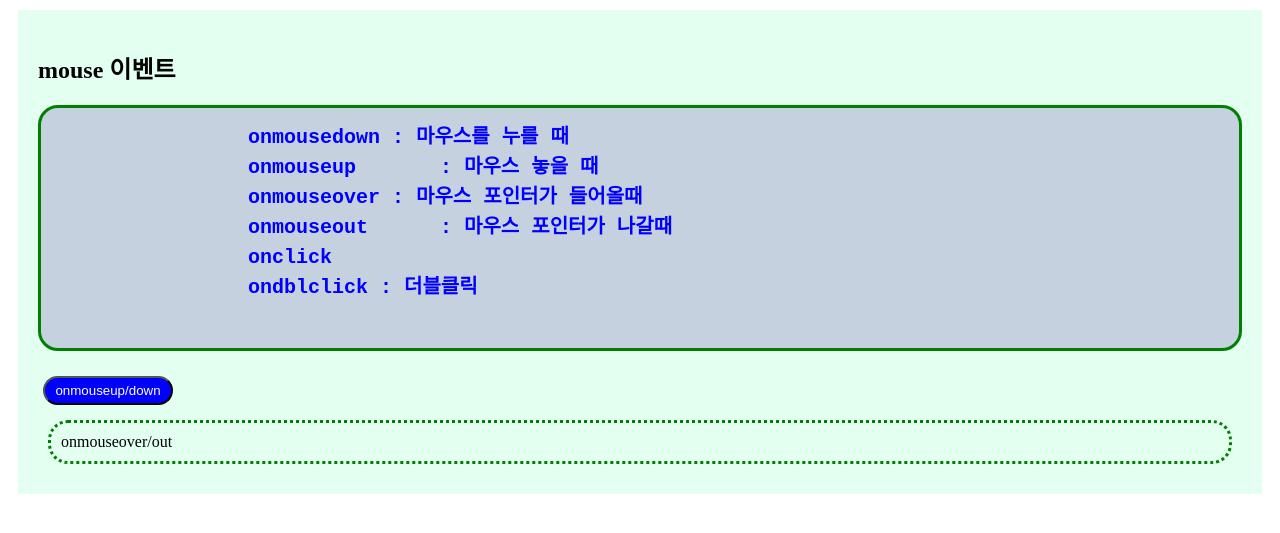
Repository: ypyp0205/jquery
Page: jqpro/WebContent/0205/event_test2.html
An editor plug-in stored every save of this project. The page is shown before and after the next save, followed by the edit.
The browser window is 1280 px wide. The pictures show the whole page.

Above is the page before, as saved 2020-02-05 05:21:21.

### jqpro/WebContent/0205/event_test2.html
<!DOCTYPE html>
<html>
<head>
	<meta charset="UTF-8">
	<title>Insert title here</title>
	<link rel="stylesheet" href="../CSS/mystyle.css";>
	<script type="text/javascript">
		window.onload=function(){
			btn1 = document.getElementById("btn1");
			result1 = document.getElementById("result1");
		}

		function downProc(){
			// 버튼을 누를때. (눌렀다 떼었을때 X)
			btn1.style.background = "white";
			btn1.style.color = "black";
		}

		function upProc(){
			// 눌려진버튼을 놓을때 (꾹누르고만있으면 실행안돼)
			// onmousepressed = up+down
			btn1.style.background = "black";
			btn1.style.color = "white";
		}

		function overProc(){
			// div에 마우스를 누르지 않고 올려놓을 때
			result1.style.background = "skyblue";
			result1.style.height = "50px";


		}

		function outProc(){
			// div에서 마우스 포인터가 나갈때
			result1.style.background = "white";
			result1.style.height = "auto";

			btn1.style.display = "block";
		}

		function dblProc(){
			// 버튼을 더블클릭했을 때
			btn1.style.display = "none";

		}
	</script>
	<style>
	#btn1 {
		width : 130px;
	}
	</style>
</head>
<body>
	<div class="box">
	<h2>mouse 이벤트</h2>
		<pre>
		onmousedown : 마우스를 누를 때
		onmouseup	: 마우스 놓을 때
		onmouseover : 마우스 포인터가 들어올때
		onmouseout	: 마우스 포인터가 나갈때
		onclick
		ondblclick : 더블클릭
		</pre>
		<button id="btn1" ondblclick="dblProc()" onmousedown="downProc()"
			onmouseup="upProc()" type="button">onmouseup/down</button>
		<br>
		<div onmouseover="overProc()" onmouseout="outProc()" id="result1">onmouseover/out</div>
	</div>
</body>
</html>

### jqpro/WebContent/CSS/mystyle.css
@CHARSET "UTF-8";

pre {
	height: auto;
	background: #efffef;
	border: 3px solid green;
	font-size: 20px;
	padding: 10px;
	border-radius: 20px;
}

.box {
	background: #e3ffef;
	margin: 10px;
	height: auto;
	padding: 20px;
}

.box div {
	border: 3px dotted green;
	height: auto;
	margin: 10px;
	padding: 10px;
	border-radius: 20px;
}

.box button {
	color: white;
	background: blue;
	padding: 5px;
	margin: 5px;
	width: 80px;
	border-radius: 40px;
}

.box pre {
	padding: 15px;
	color: blue;
	background: rgb(197, 209, 222);
	line-height: 1.5em;
	font-weight: bold;
	}

After the next save:
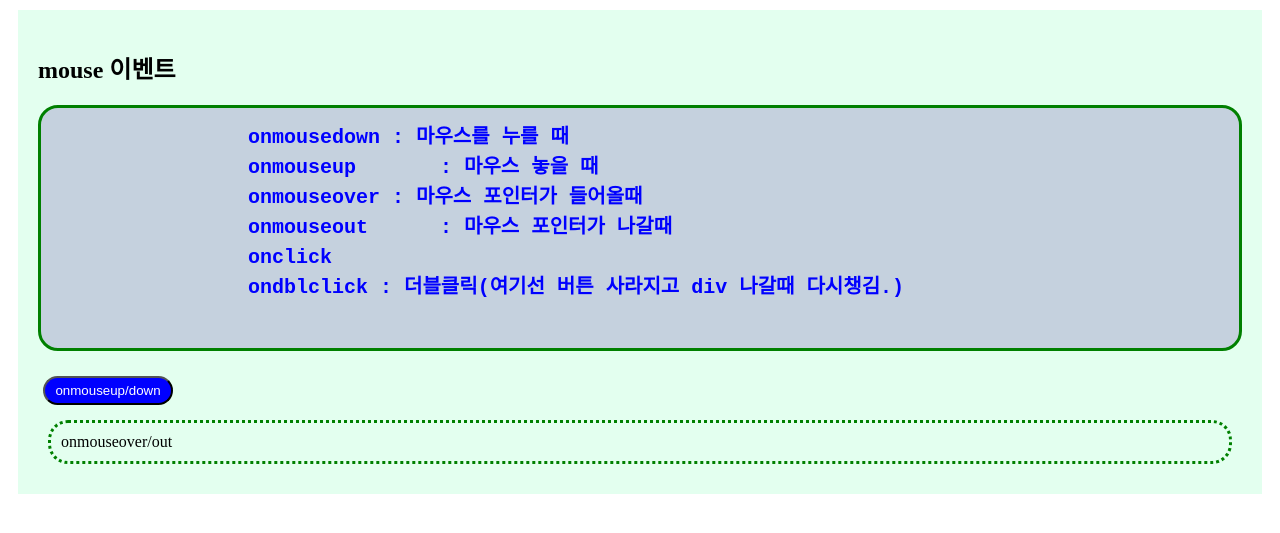
Saved 49 s later.
--- a/jqpro/WebContent/0205/event_test2.html
+++ b/jqpro/WebContent/0205/event_test2.html
@@ -60,7 +60,7 @@
 		onmouseover : 마우스 포인터가 들어올때
 		onmouseout	: 마우스 포인터가 나갈때
 		onclick
-		ondblclick : 더블클릭
+		ondblclick : 더블클릭(여기선 버튼 사라지고 div 나갈때 다시챙김.)
 		</pre>
 		<button id="btn1" ondblclick="dblProc()" onmousedown="downProc()"
 			onmouseup="upProc()" type="button">onmouseup/down</button>
